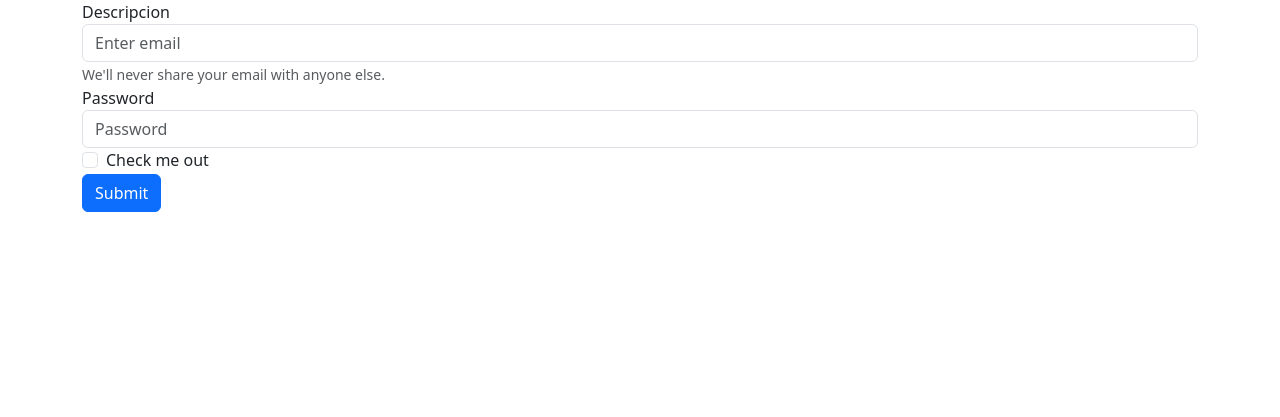
Repository: kevin-meza/pompeyo
Page: http://localhost/post/create
The author's editor kept a copy of each file at every save. The page is drawn from the files as they stood at one save, then again after the next save.
The browser window is 1280 px wide. The pictures show the whole page.
The page is served by the project's Laravel application, run on PHP 8.4 with Laravel 10. A made-up administrator, Test User (test@example.com), is signed in.

Above is the page before, as saved 2023-05-05 17:10:24.

After the next save:
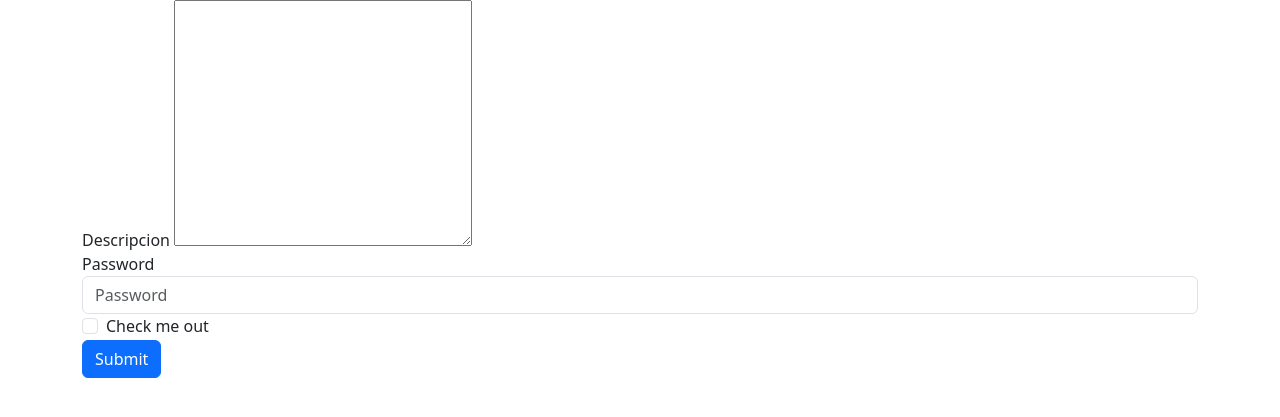
Saved 49 s later.
--- a/resources/views/post/form.blade.php
+++ b/resources/views/post/form.blade.php
@@ -13,8 +13,8 @@
     <form>
         <div class="form-group">
           <label for="exampleInputEmail1">Descripcion</label>
-          <input type="email" class="form-control" id="exampleInputEmail1" aria-describedby="emailHelp" placeholder="Enter email">
-          <small id="emailHelp" class="form-text text-muted">We'll never share your email with anyone else.</small>
+
+            <textarea name="descripcion" id="" cols="30" rows="10"></textarea>
         </div>
         <div class="form-group">
           <label for="exampleInputPassword1">Password</label>
